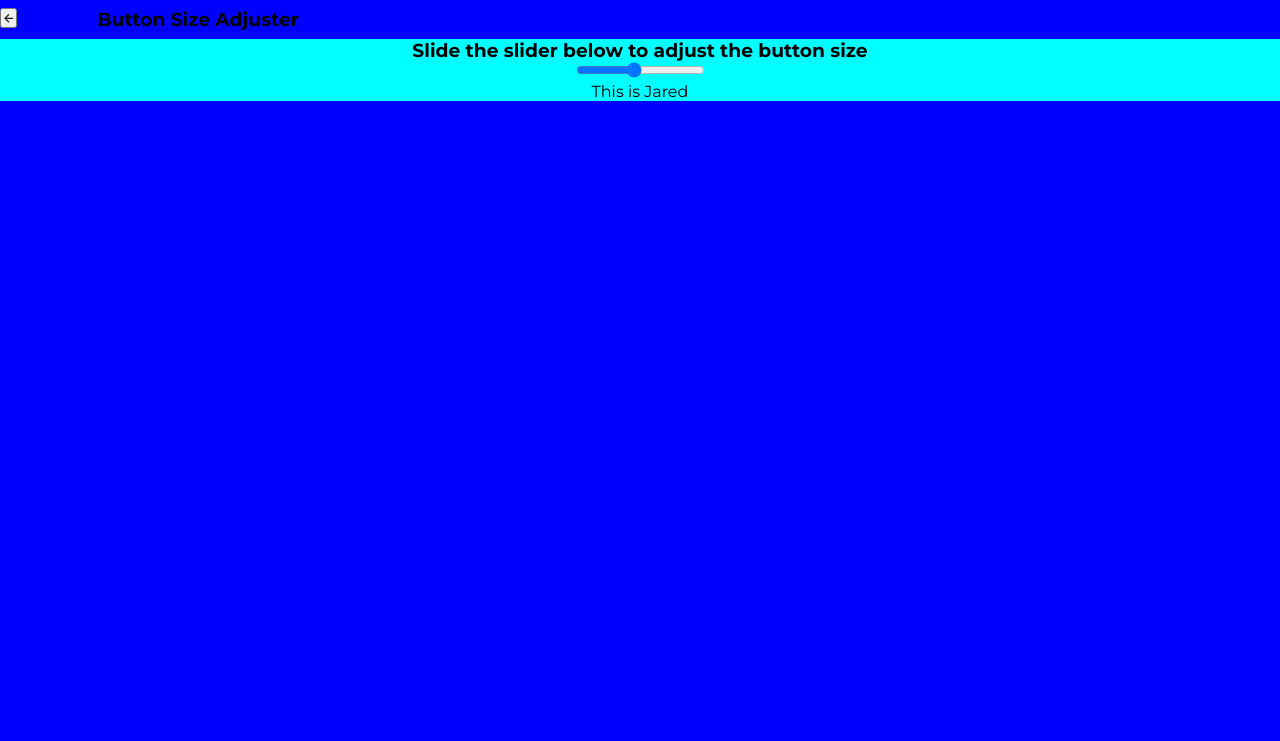
Repository: EguJaredoBoyd/Jared-Counter-App
Page: settings.html
These files come from the project's save history. The page is drawn as it stood at one moment and after the next save; the edit follows.
The browser window is 1280 px wide. The pictures show the whole page.

Above is the page before, as saved 2025-12-03 15:37:44.
Console error: TypeError: Cannot set properties of null (setting 'textContent')

After the next save:
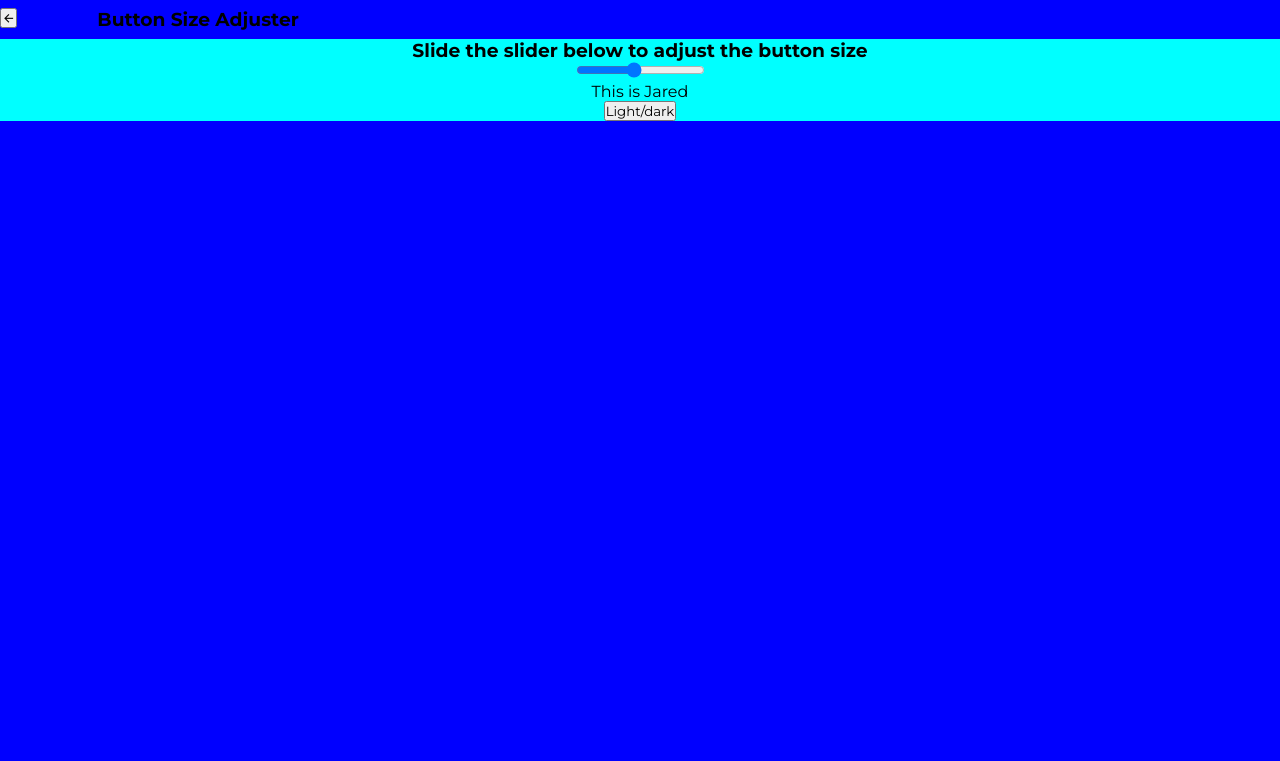
Saved 4 min 18 s later.
--- a/settings.html
+++ b/settings.html
@@ -29,6 +29,7 @@
             <h3>Slide the slider below to adjust the button size</h3>
             <input type="range" min="10" max="100" value="50" id="font-size-slider">
             <p id="text-content">This is Jared</p>
+            <button>Light/dark</button>
         </div>
     </main>
 
